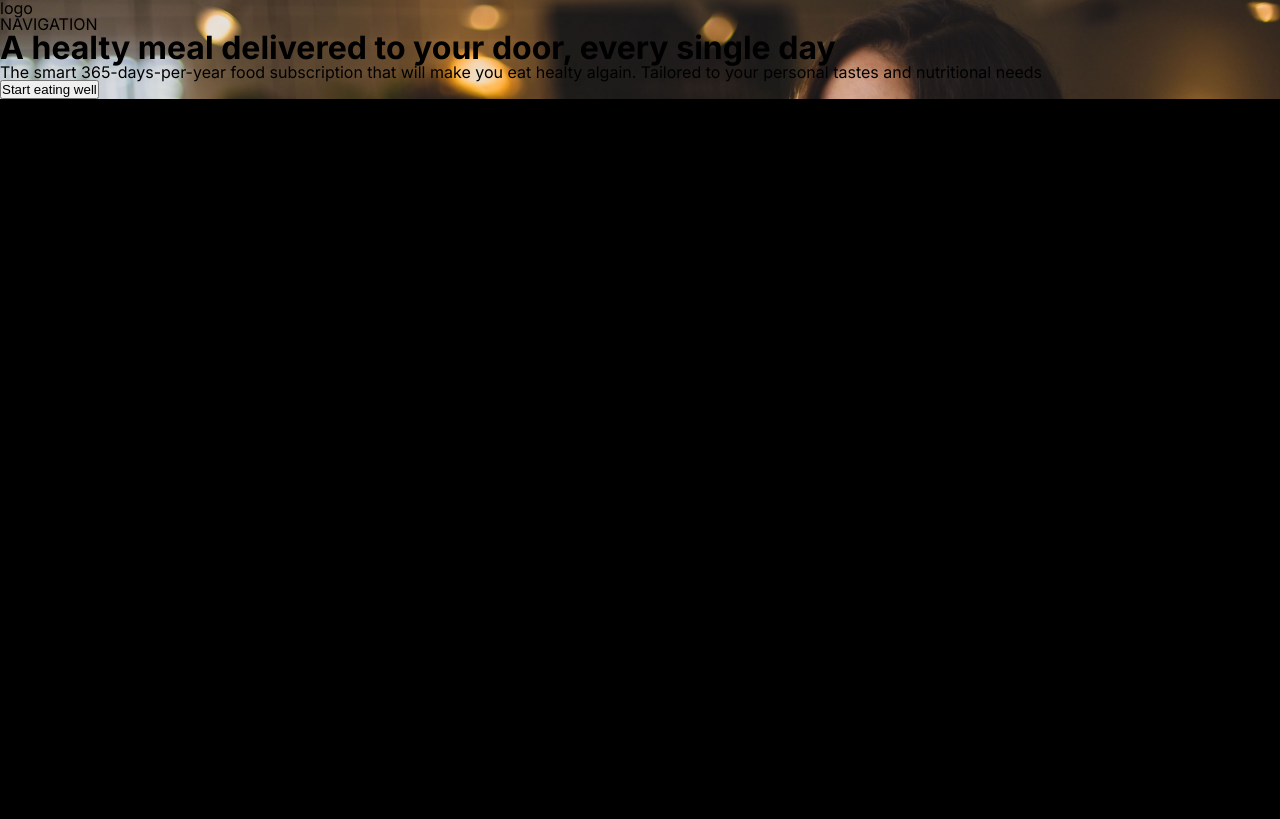
Repository: Ahmed123rezk123/06-Components
Page: hero.html
An editor plug-in stored every save of this project. The page is shown before and after the next save, followed by the edit.
The browser window is 1280 px wide. The pictures show the whole page.

Above is the page before, as saved 2024-09-18 09:10:48.

After the next save:
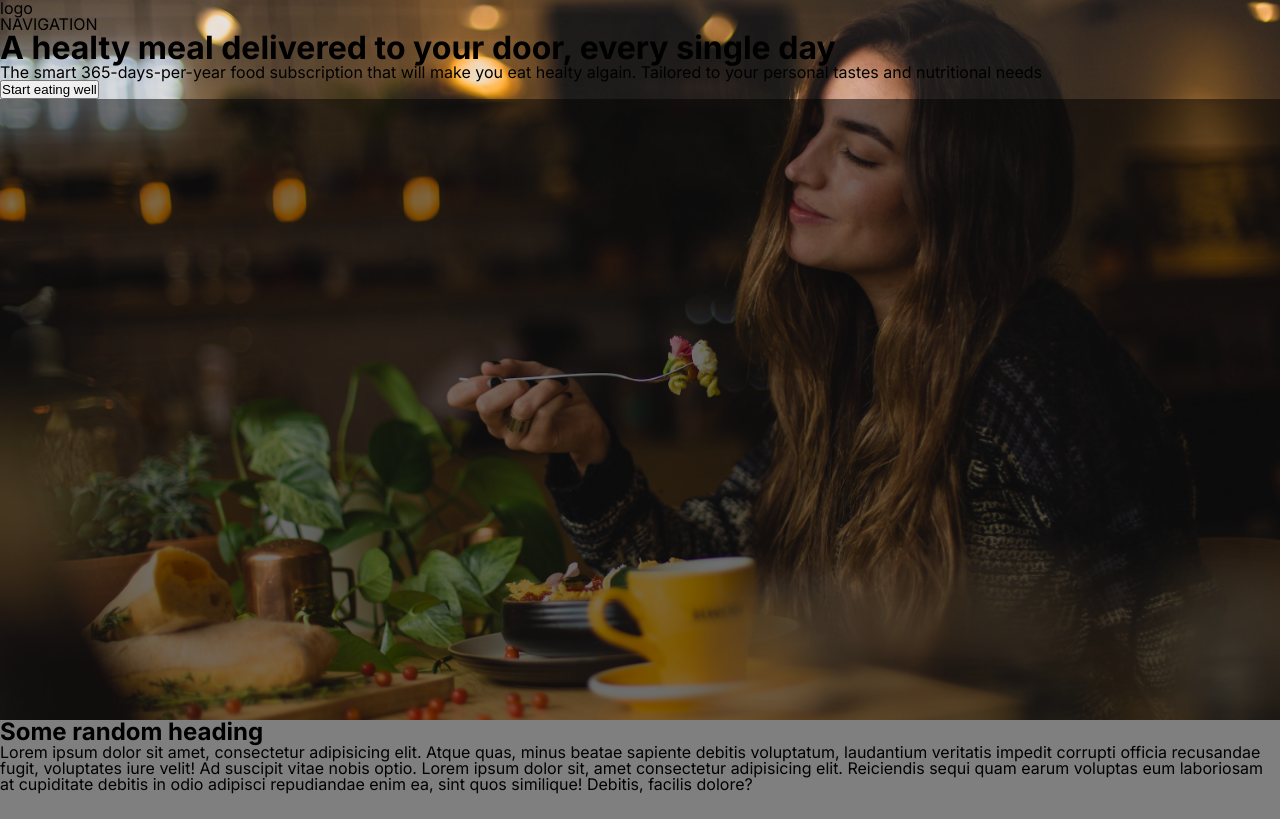
Saved 14 s later.
--- a/hero.html
+++ b/hero.html
@@ -33,7 +33,7 @@
         position: absolute;
         width: 100%;
         height: 100%;
-        background-color: rgba(0, 0, 0, 1);
+        background-color: rgba(0, 0, 0, 0.5);
       }
     </style>
     <title>Pagination</title>
